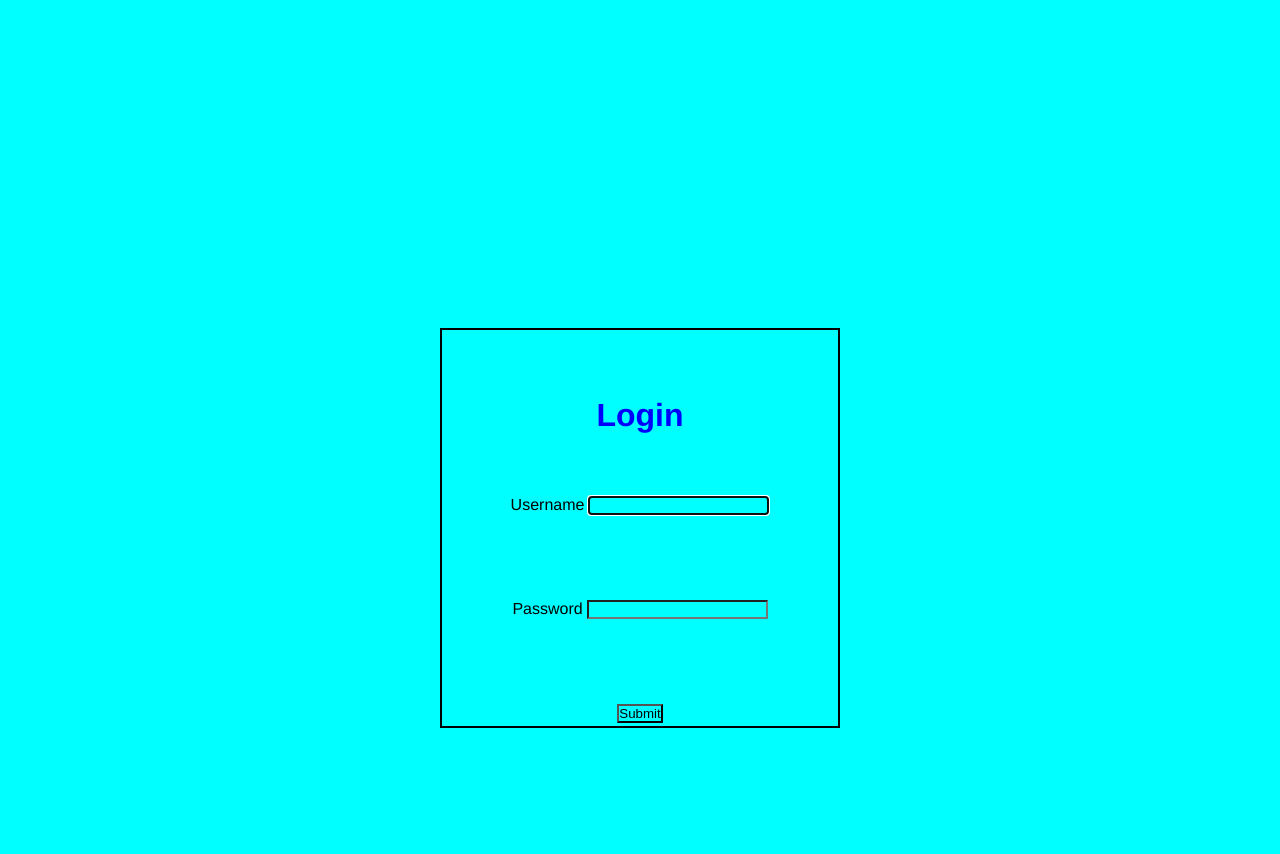
Repository: shreyajadhav13/TP_RP_05
Page: intermediate/form.html
An editor plug-in stored every save of this project. The page is shown before and after the next save, followed by the edit.
The browser window is 1280 px wide. The pictures show the whole page.

Above is the page before, as saved 2024-06-20 14:48:02.

After the next save:
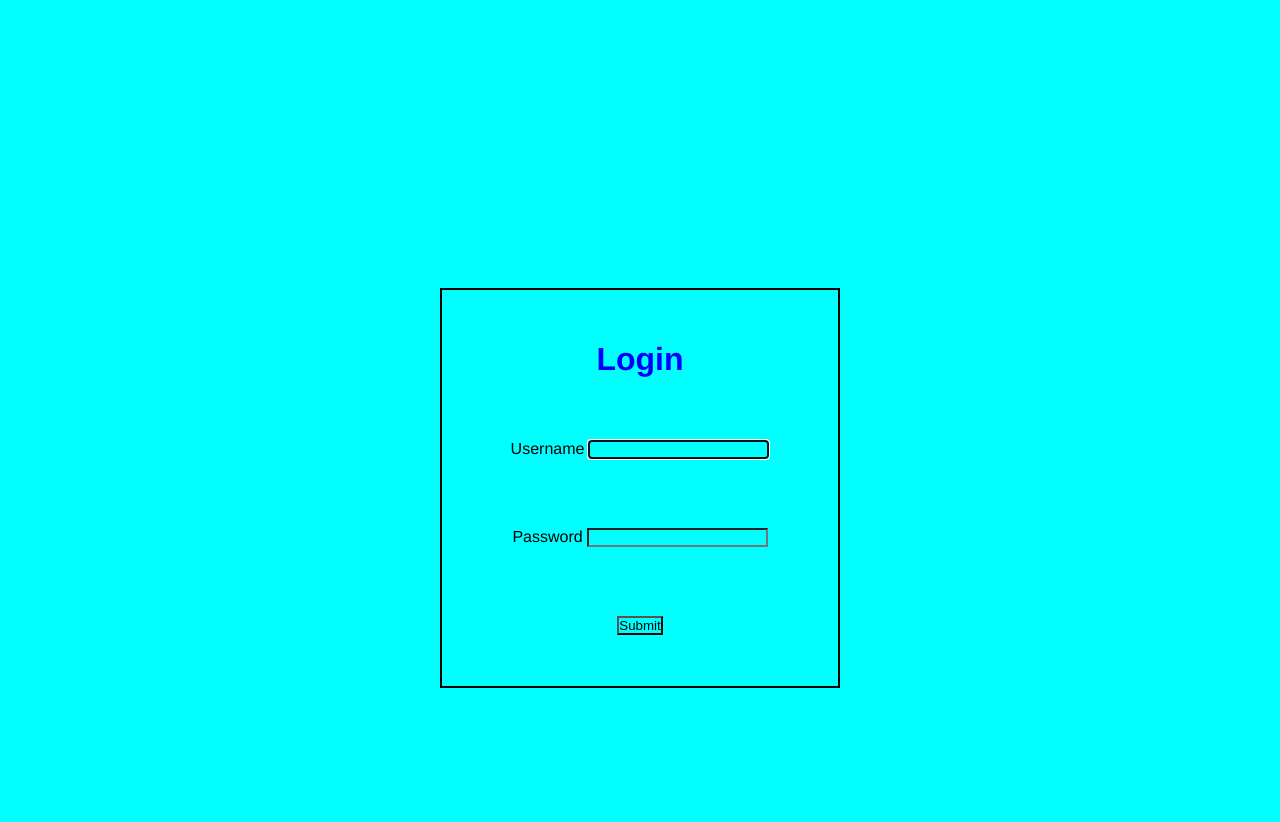
Saved 24 s later.
--- a/intermediate/assets/style.css
+++ b/intermediate/assets/style.css
@@ -6,7 +6,7 @@
     text-align: center;
     box-sizing: border-box;
     background-color: aqua;
-    margin-top: 67px;
+    margin-top: 51px;
 }
 body{
     display: flex;
